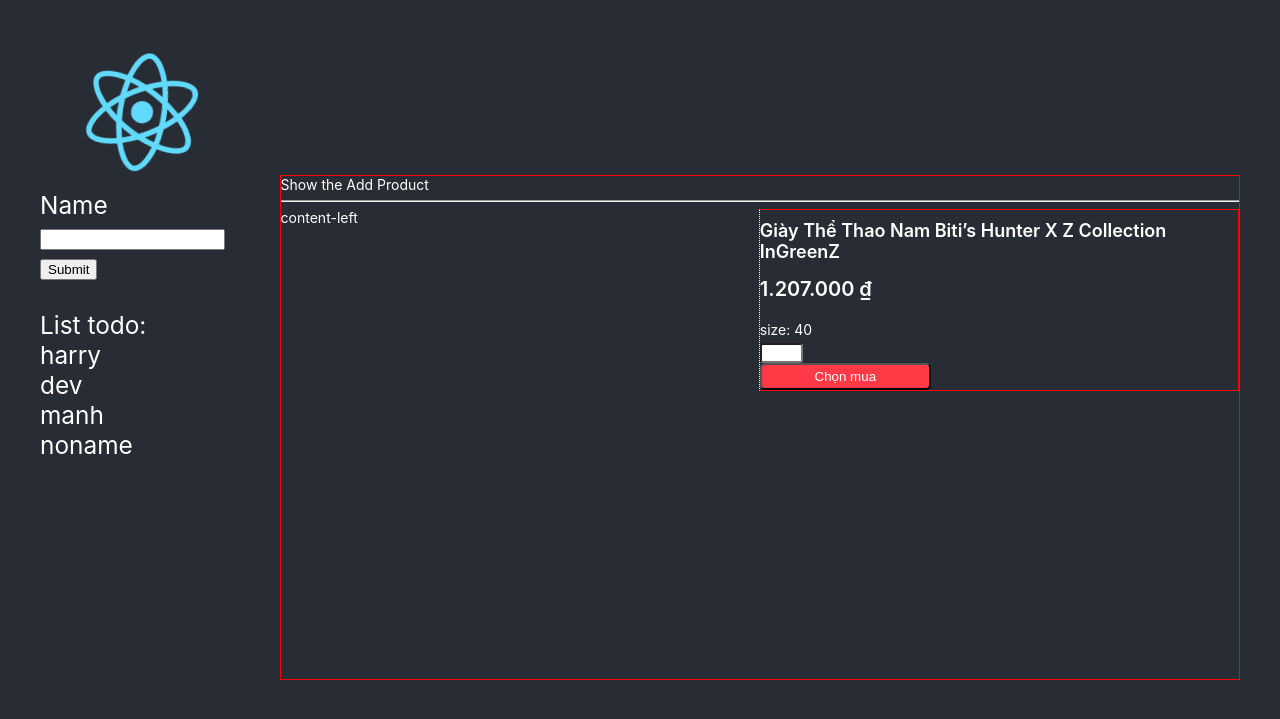
Repository: minh66hn/base-react-hook
Page: /
The author's editor kept a copy of each file at every save. The page is drawn from the files as they stood at one save, then again after the next save.
The browser window is 1280 px wide. The pictures show the whole page.
The project was rebuilt for these pictures with package versions that can differ from the ones it lists, and the page was loaded fresh each time.

Above is the page before, as saved 2022-05-01 17:35:44.

After the next save:
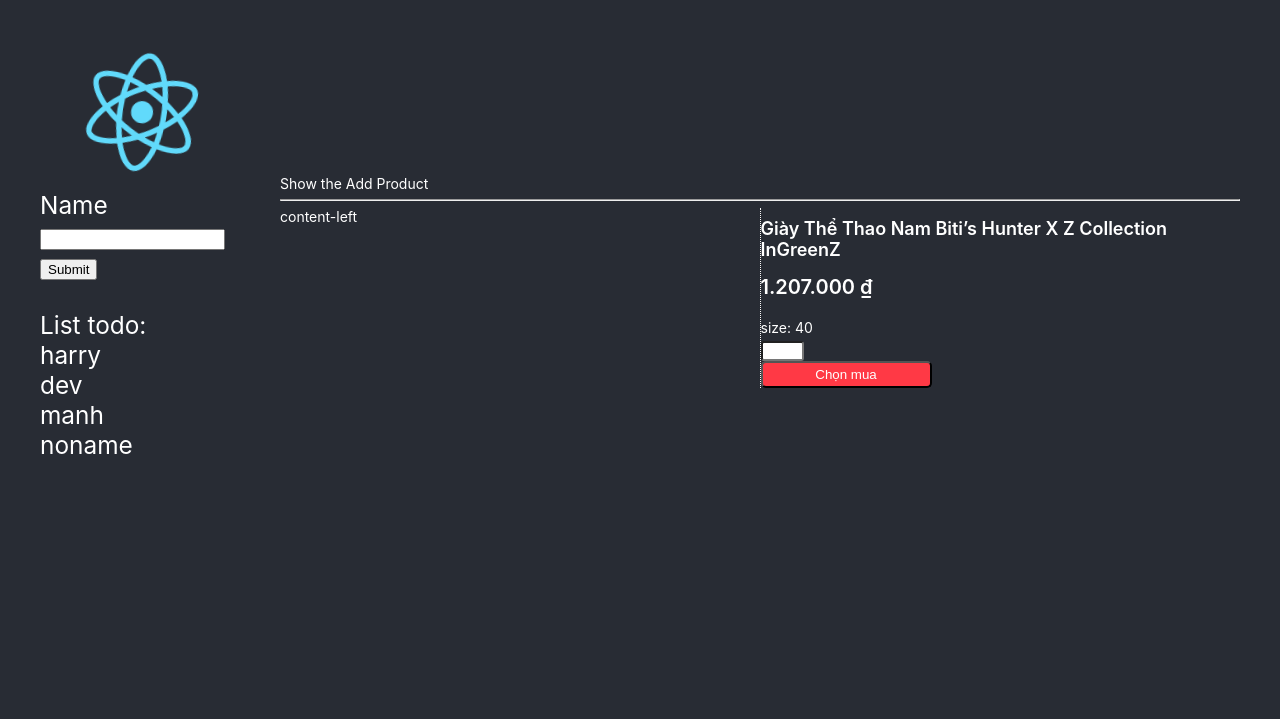
Saved 12 s later.
--- a/src/App.scss
+++ b/src/App.scss
@@ -15,7 +15,7 @@
     width: 80%;
     margin-top:135px;
     color: white;
-    border :1px solid red
+
   }
 
 }
